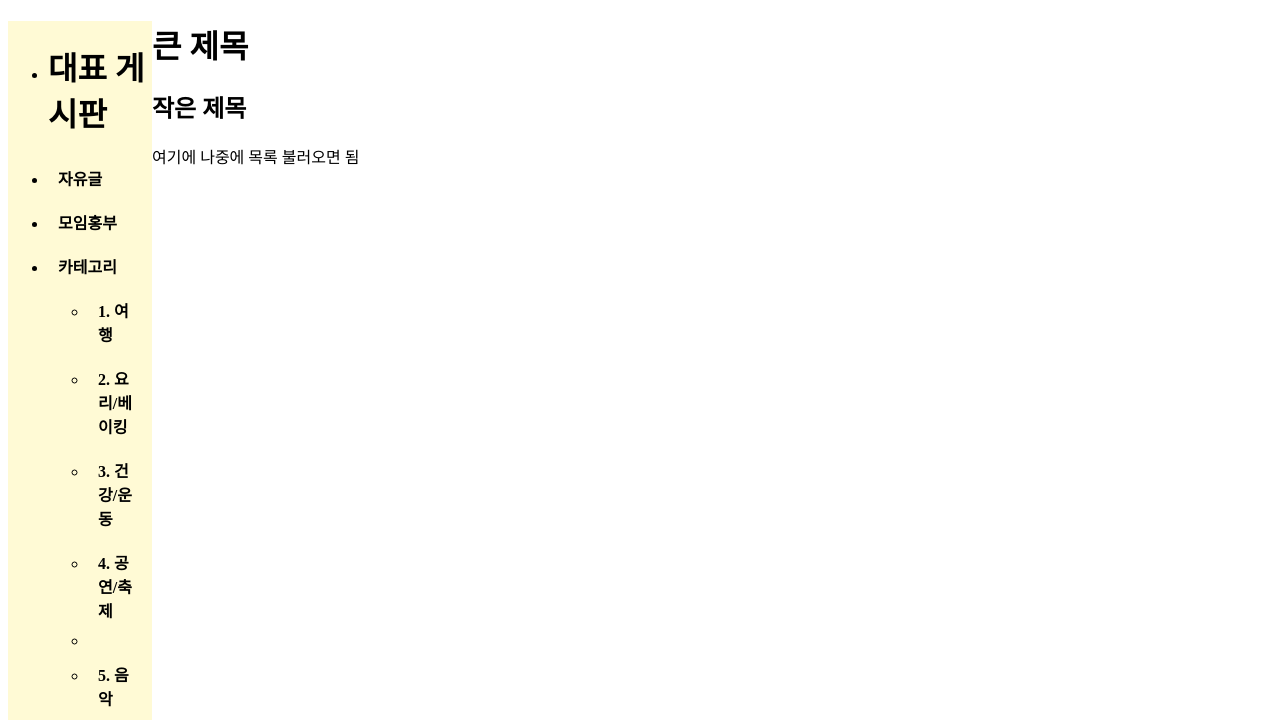
Repository: hyodii/FinalProject
Page: http://localhost/ViewPage/mainSideTab.jsp
The author's editor kept a copy of each file at every save. The page is drawn from the files as they stood at one save, then again after the next save.
The browser window is 1280 px wide. The pictures show the whole page.
The page is served by Tomcat 9.

Above is the page before, as saved 2021-12-03 11:06:12.

After the next save:
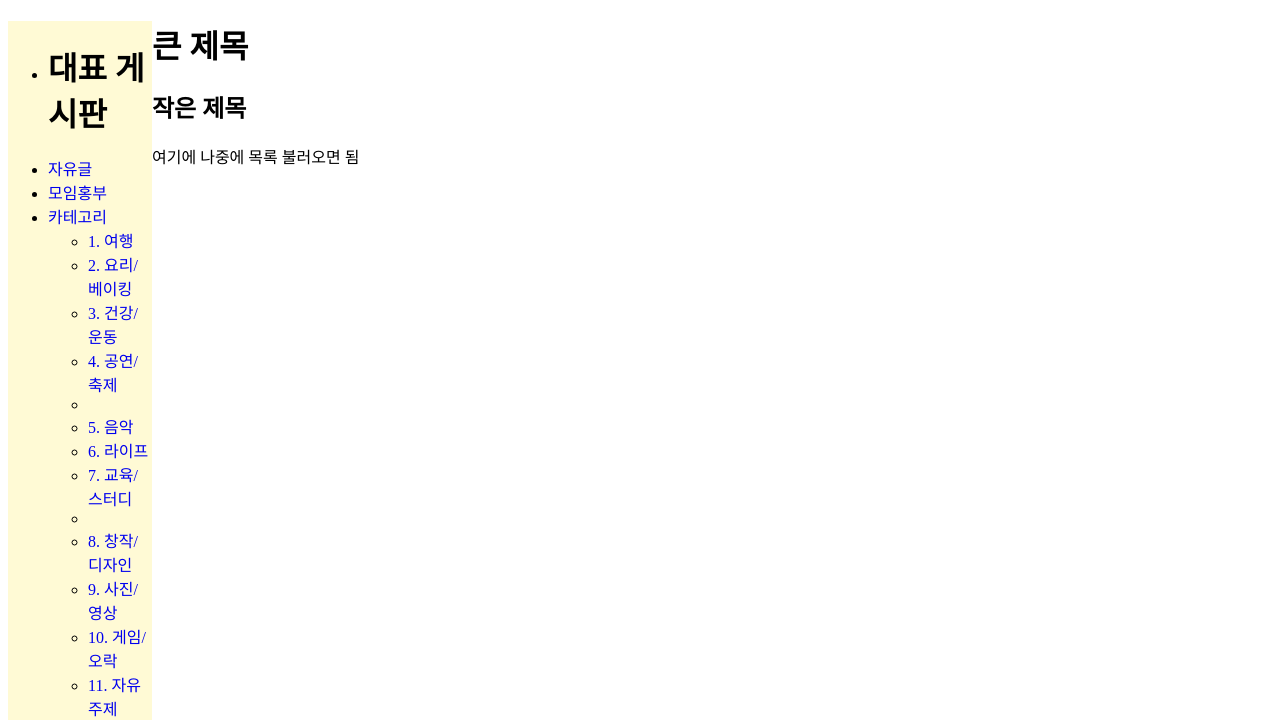
Saved 32 s later.
--- a/ViewPage/WebContent/mainSideTab.jsp
+++ b/ViewPage/WebContent/mainSideTab.jsp
@@ -21,10 +21,6 @@
 a
 {
 	text-decoration: none;
-	padding: 10px;
-	display: block;
-	color: #000;
-	font-weight: bold;
 }
 
 .sidebar li a:hover

After the save that followed:
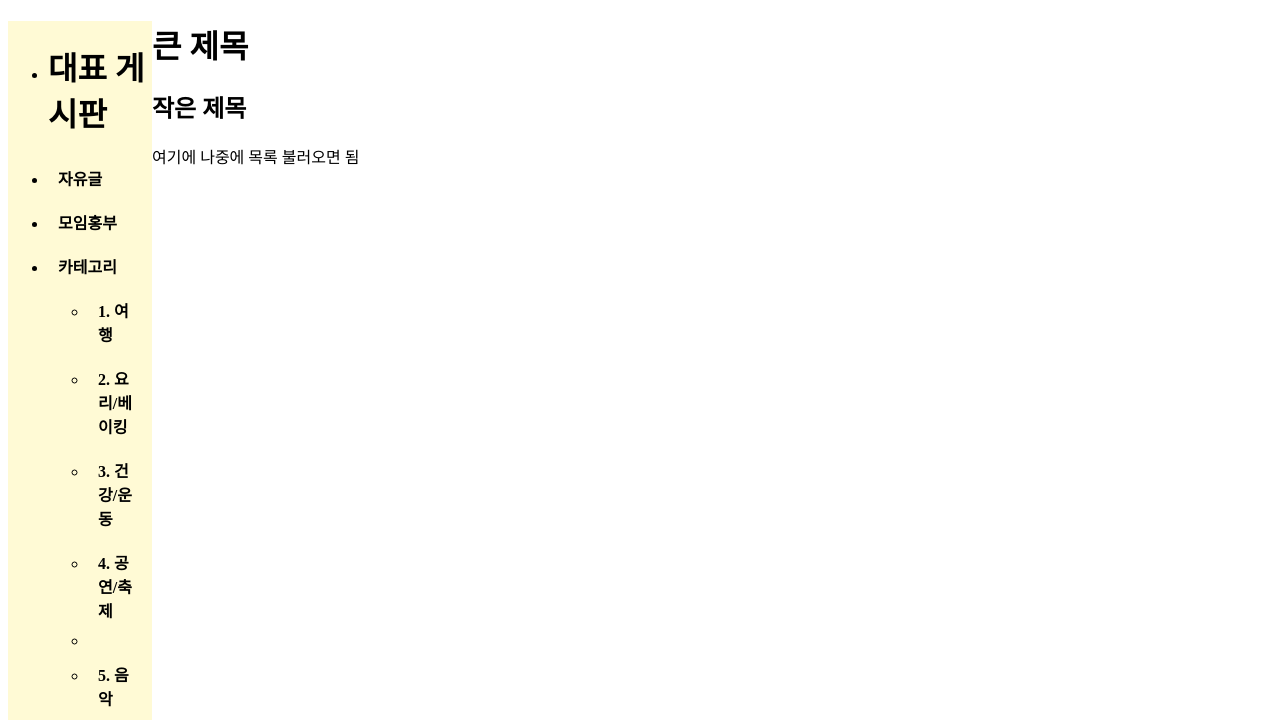
Saved 19 s later.
--- a/ViewPage/WebContent/mainSideTab.jsp
+++ b/ViewPage/WebContent/mainSideTab.jsp
@@ -21,6 +21,10 @@
 a
 {
 	text-decoration: none;
+	padding: 10px;
+	display: block;
+	color: #000;
+	font-weight: bold;
 }
 
 .sidebar li a:hover
